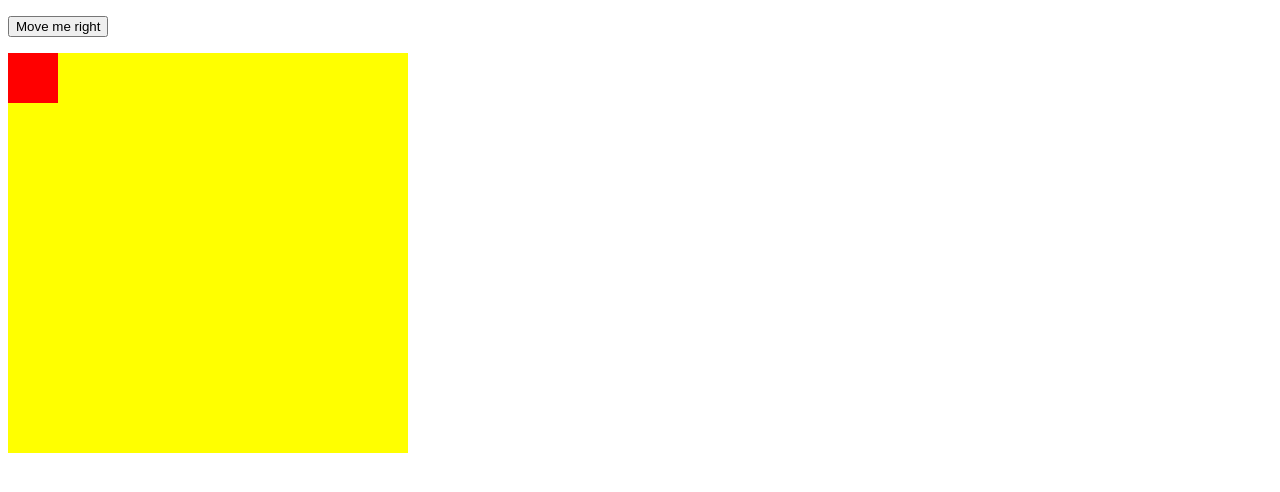
Repository: jcohenp/DI_Exercises
Page: W3/D3/normal/ex_1/index.html
The author's editor kept a copy of each file at every save. The page is drawn from the files as they stood at one save, then again after the next save.
The browser window is 1280 px wide. The pictures show the whole page.

Above is the page before, as saved 2020-08-25 15:37:17.

After the next save:
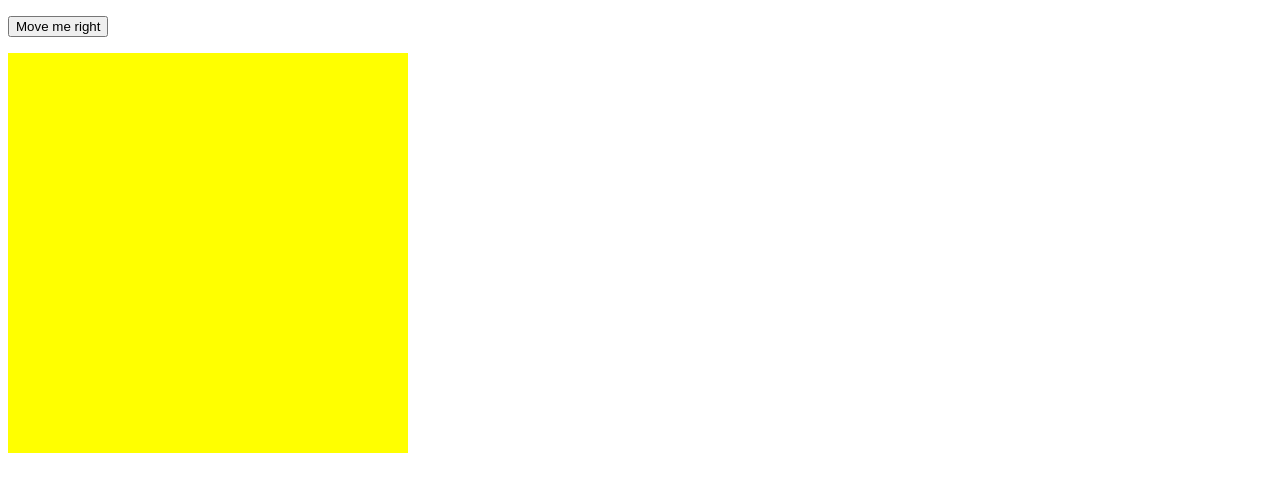
Saved 9 min 57 s later.
--- a/W3/D3/normal/ex_1/index.html
+++ b/W3/D3/normal/ex_1/index.html
@@ -25,7 +25,7 @@
 <body>
     <p><button onclick="myMove()">Move me right</button></p>
     <div id="container">
-        <div draggable="true" ondrag="myDrag()" id="animate"></div>
+        <div ondragstart="dragStart(event)" ondrag="dragging(event)" draggable="true" id="dragtarget"></div>
     </div>
     <script src="./js/script.js"></script>
 </body>

After the 2 saves that followed:
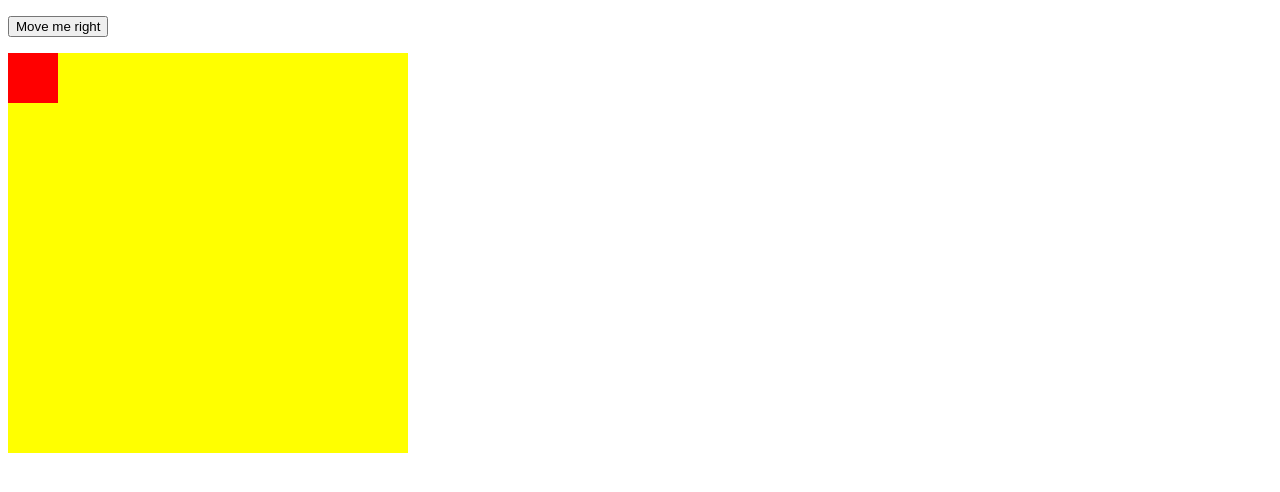
The 2 saves are shown as one change because 1 left the picture as it was.
The last was saved 116 s later.
--- a/W3/D3/normal/ex_1/index.html
+++ b/W3/D3/normal/ex_1/index.html
@@ -25,7 +25,7 @@
 <body>
     <p><button onclick="myMove()">Move me right</button></p>
     <div id="container">
-        <div ondragstart="dragStart(event)" ondrag="dragging(event)" draggable="true" id="dragtarget"></div>
+        <div ondragstart="dragStart(event)" ondrag="dragging(event)" draggable="true" id="animate"></div>
     </div>
     <script src="./js/script.js"></script>
 </body>
--- a/W3/D3/normal/ex_1/js/script.js
+++ b/W3/D3/normal/ex_1/js/script.js
@@ -33,3 +33,22 @@ function myDrag() {
     //         box.style.left = pos + "px"
     //     }
 }
+
+function dragStart(event) {
+    event.dataTransfer.setData("Text", event.target.id);
+}
+
+function dragging(event) {
+    document.getElementById("demo").innerHTML = "The p element is being dragged";
+}
+
+function allowDrop(event) {
+    event.preventDefault();
+}
+
+function drop(event) {
+    event.preventDefault();
+    var data = event.dataTransfer.getData("Text");
+    event.target.appendChild(document.getElementById(data));
+    document.getElementById("demo").innerHTML = "The p element was dropped";
+}
